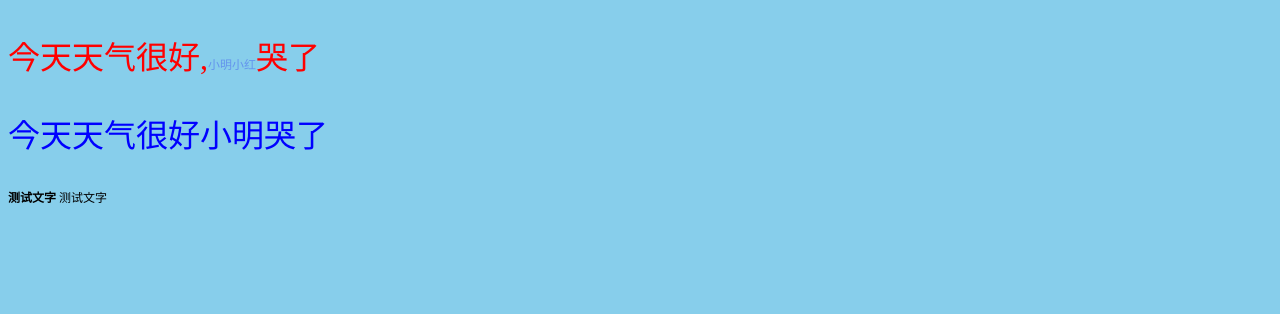
Repository: WKYQAQ/LX
Page: day03_css.html
An editor plug-in stored every save of this project. The page is shown before and after the next save, followed by the edit.
The browser window is 1280 px wide. The pictures show the whole page.

Above is the page before, as saved 2020-07-23 12:09:47.

### day03_css.html
<!DOCTYPE html>
<html lang="en">
<head>
    <meta charset="UTF-8">
    <meta name="viewport" content="width=device-width, initial-scale=1.0">
    <title>Document</title>
    <link rel="stylesheet" href="./style/index.css">
    <style>
        *{
            font-size: 12px;
        }
        p{
            color: red;
        }
        #blue{
            color: blue;
        }
        .f{
            font-family:"华文行楷";
        }
        .blue{
            color: blue;
        }
        p span{
            color: cornflowerblue;
        }
        .f+{
            font-size: 70px;
        }
    </style>
</head>
<body>
    <p style="font-size: 32px;" class="f">今天天气很好,<span>小明<span>小红</span></span>哭了</p><!--对于颜色来说行内的优先级最高-->
    <p style="font-size: 32px;" id="blue">今天天气很好小明哭了</p><!--id选择器，是特定的东西有特定的颜色，方式：#+id名称,不可重复使用-->
    <b class="f">测试文字</b><!--class可以重复使用-->
    <span class="f">测试文字</span>
</body>
</html>

### style/index.css
body{
    background: skyblue;
}
p{
    color: green;
}

After the next save:
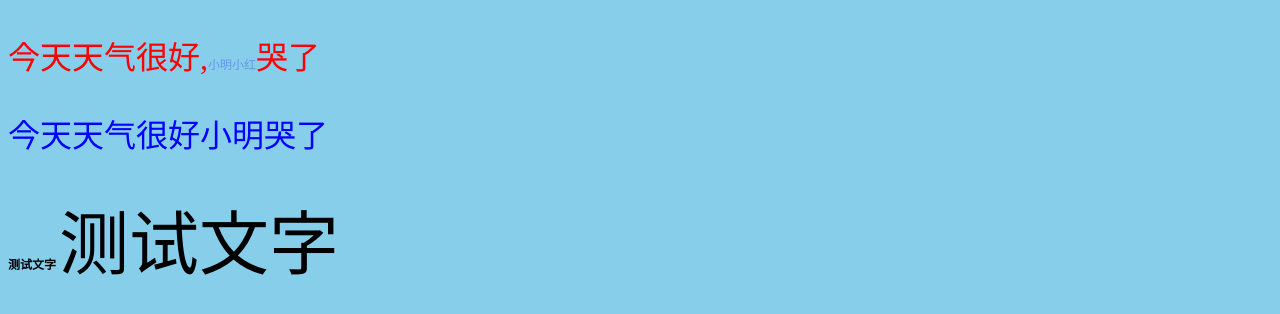
Saved 58 s later.
--- a/day03_css.html
+++ b/day03_css.html
@@ -24,7 +24,7 @@
         p span{
             color: cornflowerblue;
         }
-        .f+{
+        .f+*{
             font-size: 70px;
         }
     </style>

After the save that followed:
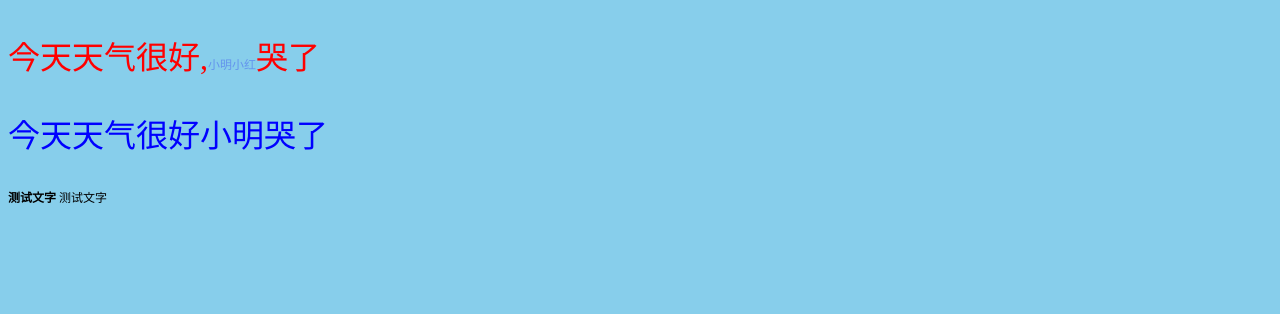
Saved 64 s later.
--- a/day03_css.html
+++ b/day03_css.html
@@ -32,7 +32,7 @@
 <body>
     <p style="font-size: 32px;" class="f">今天天气很好,<span>小明<span>小红</span></span>哭了</p><!--对于颜色来说行内的优先级最高-->
     <p style="font-size: 32px;" id="blue">今天天气很好小明哭了</p><!--id选择器，是特定的东西有特定的颜色，方式：#+id名称,不可重复使用-->
-    <b class="f">测试文字</b><!--class可以重复使用-->
+    <b >测试文字</b><!--class可以重复使用-->
     <span class="f">测试文字</span>
 </body>
 </html>
